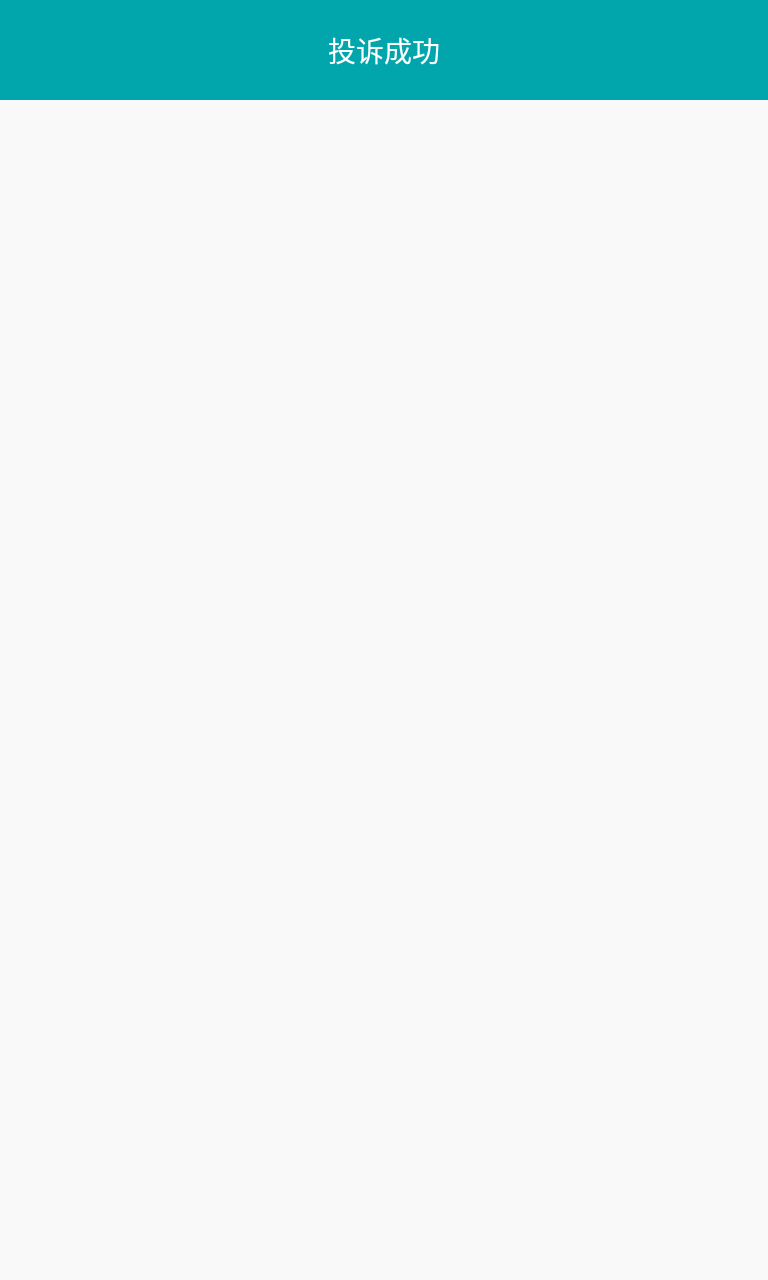
Repository: 2015-Forever/JWD
Layout: Jwd/res/layout/activity_complaint_success.xml
An editor plug-in stored every save of this project. The layout is shown before and after the next save, followed by the edit.
It is drawn on a 768 x 1280 px phone screen (xhdpi) without system bars, with theme AppTheme; the app's code is not run.

Above is the layout before, as saved 2015-07-16 08:13:18.

After the next save:
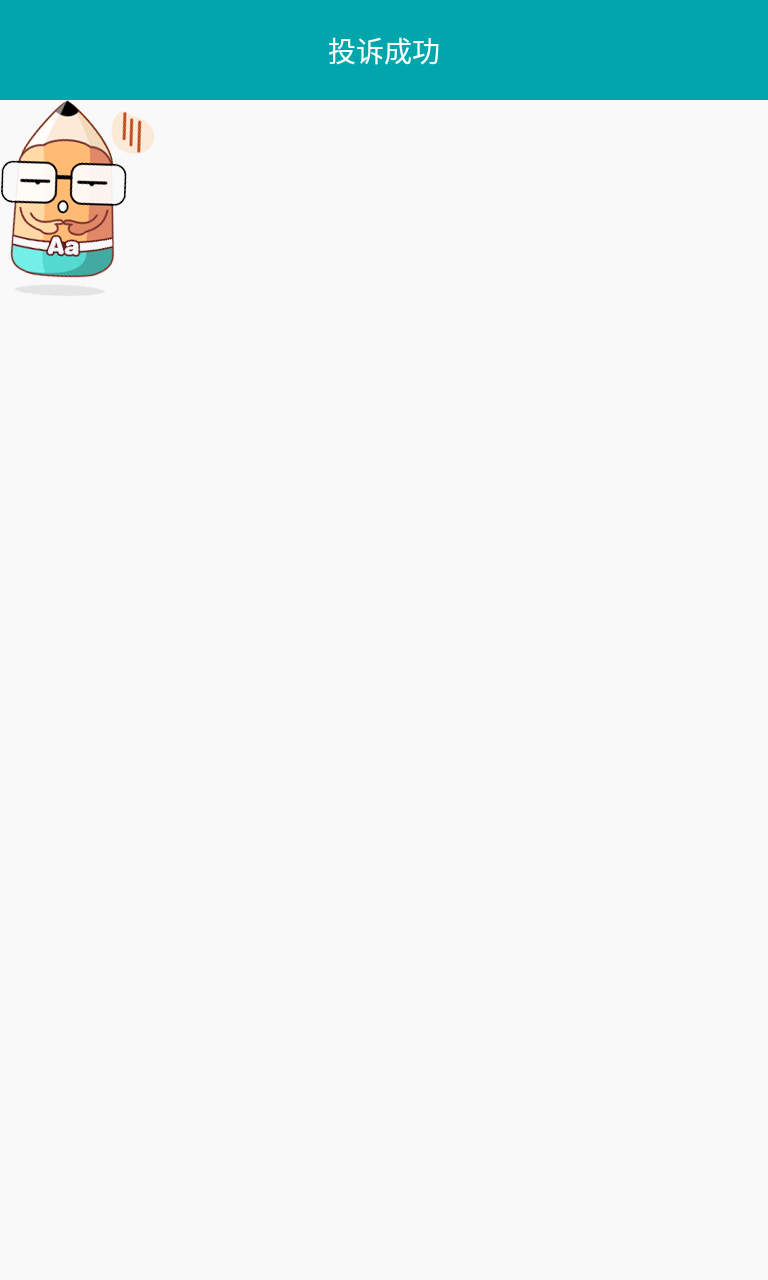
Saved 49 s later.
--- a/Jwd/res/layout/activity_complaint_success.xml
+++ b/Jwd/res/layout/activity_complaint_success.xml
@@ -2,8 +2,8 @@
 <LinearLayout xmlns:android="http://schemas.android.com/apk/res/android"
     android:layout_width="match_parent"
     android:layout_height="match_parent"
-    android:orientation="vertical"
-    android:background="#F9F9F9">
+    android:background="#F9F9F9"
+    android:orientation="vertical" >
 
     <LinearLayout
         android:layout_width="match_parent"
@@ -18,4 +18,9 @@
             android:textColor="#ffffff" />
     </LinearLayout>
 
+    <ImageView
+        android:layout_width="wrap_content"
+        android:layout_height="wrap_content"
+        android:background="@drawable/complain_icon"/>
+
 </LinearLayout>
